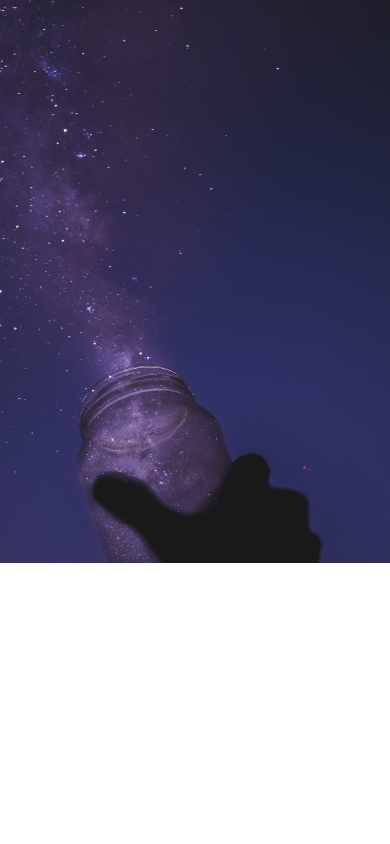
Repository: farrelmuhammad/project-react-native
Screen: /
These files come from the project's save history. The screen is drawn as it stood at one moment and after the next save; the edit follows.
The app was drawn by React Native's web renderer in a window 390 px wide. The project was rebuilt for these pictures with package versions that can differ from the ones it lists, and the page was loaded fresh each time.

Above is the screen before, as saved 2023-01-09 12:02:14.

### App.js
import { StatusBar } from 'expo-status-bar';
import styles from './styles'
import Svg, { Image } from 'react-native-svg';
import { Dimensions, StyleSheet, Text, View } from 'react-native';

export default function App() {
  const { height, width } = Dimensions.get('window');

  return (
    <View style={styles.container}>
      <View style={StyleSheet.absoluteFill}>
        <Svg height={height} width={width}>
          <Image
            href={require('./assets/login-background.jpg')}
            width={width}
            height={height}
            preserveAspectRatio="xMidYMid slice"
          />
        </Svg>
        <View style={styles.buttonContainer}>
          {/* <View style={styles.button}>
            <Text style={styles.buttonText}>LOGIN</Text>
          </View>
          <View style={styles.button}>
            <Text style={styles.buttonText}>REGISTER</Text>
          </View> */}

        </View>
      </View>
    </View>
  );
}

### styles.js
import { StyleSheet, Dimensions } from 'react-native';

const { height, width } = Dimensions.get('window');

const styles = StyleSheet.create({
    container: {
        flex: 1,
        justifyContent: 'flex-end',
    },
    button: {
        backgroundColor: 'rgba(123, 104, 238, 0.8)',
        height: 55,
        alignItems: 'center',
        justifyContent: 'center',
        borderRadius: 35,
        marginHorizontal: 20,
        marginVertical: 10,
        borderWidth: 1,
        borderColor: 'white'
    },
    buttonText: {
        fontSize: 20,
        fontWeight: '600',
        color: 'white',
        letterSpacing: 0.5
    },
    buttonContainer: {
        justifyContent: 'center',
        height: height / 3,

    }
});

export default styles;

After the next save:
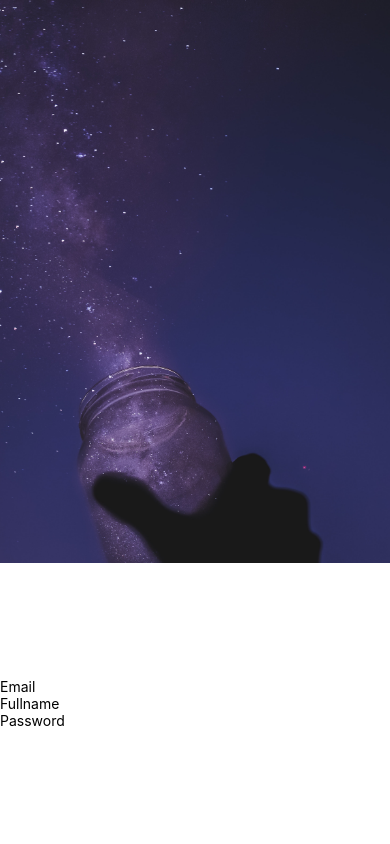
Saved 66 s later.
--- a/App.js
+++ b/App.js
@@ -1,7 +1,7 @@
 import { StatusBar } from 'expo-status-bar';
 import styles from './styles'
 import Svg, { Image } from 'react-native-svg';
-import { Dimensions, StyleSheet, Text, View } from 'react-native';
+import { Dimensions, StyleSheet, Text, TextInput, View } from 'react-native';
 
 export default function App() {
   const { height, width } = Dimensions.get('window');
@@ -24,6 +24,11 @@ export default function App() {
           <View style={styles.button}>
             <Text style={styles.buttonText}>REGISTER</Text>
           </View> */}
+          <View>
+            <TextInput placeholder='Email' />
+            <TextInput placeholder='Fullname' />
+            <TextInput placeholder='Password' />
+          </View>
 
         </View>
       </View>
